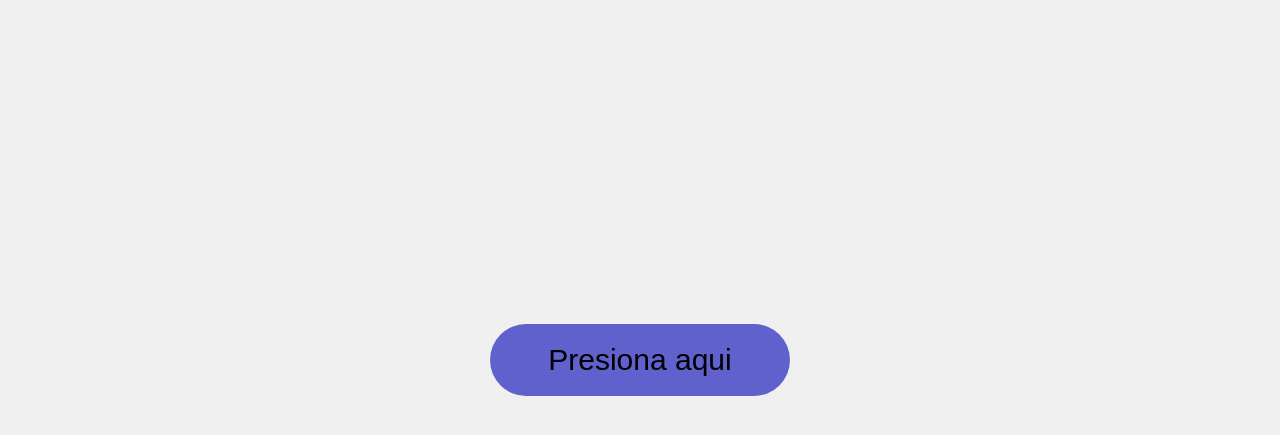
Repository: ye909/secreto
Page: inicio.html
These files come from the project's save history. The page is drawn as it stood at one moment and after the next save; the edit follows.
The browser window is 1280 px wide. The pictures show the whole page.

Above is the page before, as saved 2025-02-20 21:39:20.

### inicio.html
<!DOCTYPE html>
<html>
<head>
<title>Amigo Secreto 3D</title>
<link rel="stylesheet" href="inicio.css">
</head>
<body>

          <div class="container">
            <h1 id="message">¡Bienvenido al Juego del Amigo Secreto!</h1>
        </div>
    <button id="btn"><a href="">Presiona aqui</a></button>

  <script src="inicio.js"></script>
</body>
</html>

### inicio.css
body, html {
    height: 100%;
    margin: 0;
    display: flex;
    justify-content: center;
    align-items: center;
    background-color: #f0f0f0;
    font-family: Arial, sans-serif;
}

.container {
    text-align: center;
}

#message {
    font-size: 2em;
    color: #333;
    opacity: 0;
    transform: translateY(-20px);
    animation: fadeIn 1s ease-out forwards;
}

@keyframes fadeIn {
    to {
        opacity: 1;
        transform: translateY(0);
    }
}
a{
    text-decoration: none;
    list-style: none;
    color:black;
}
#btn{
    display: none;
    width: 300px;
    height: 10vh;
    background: rgb(97, 97, 205);
    border-radius: 60px;
    font-size: 30px;
    border:none;
}
#btn:hover{
    background: blue;
    box-shadow: rgb(2, 2, 170) 4px 3px 4px 3px ,rgb(2, 2, 170) 4px 3px 4px 3px ,rgb(2, 2, 170) 4px 3px 4px 3px ;

}

### inicio.js
// script.js
document.addEventListener('DOMContentLoaded', function() {
    setTimeout(function() {
        document.getElementById('message').style.display = 'none';
        document.getElementById('btn').style.display = 'inline';
    }, 3000);


});

After the next save:
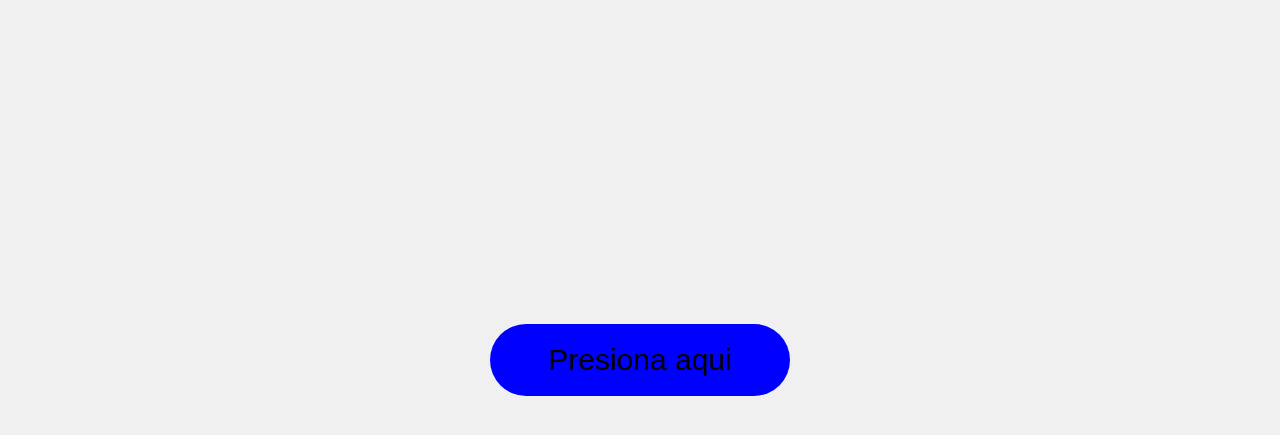
Saved 20 s later.
--- a/inicio.css
+++ b/inicio.css
@@ -39,9 +39,10 @@ a{
     border-radius: 60px;
     font-size: 30px;
     border:none;
+    background: blue;
 }
 #btn:hover{
-    background: blue;
+
     box-shadow: rgb(2, 2, 170) 4px 3px 4px 3px ,rgb(2, 2, 170) 4px 3px 4px 3px ,rgb(2, 2, 170) 4px 3px 4px 3px ;
 
 }
